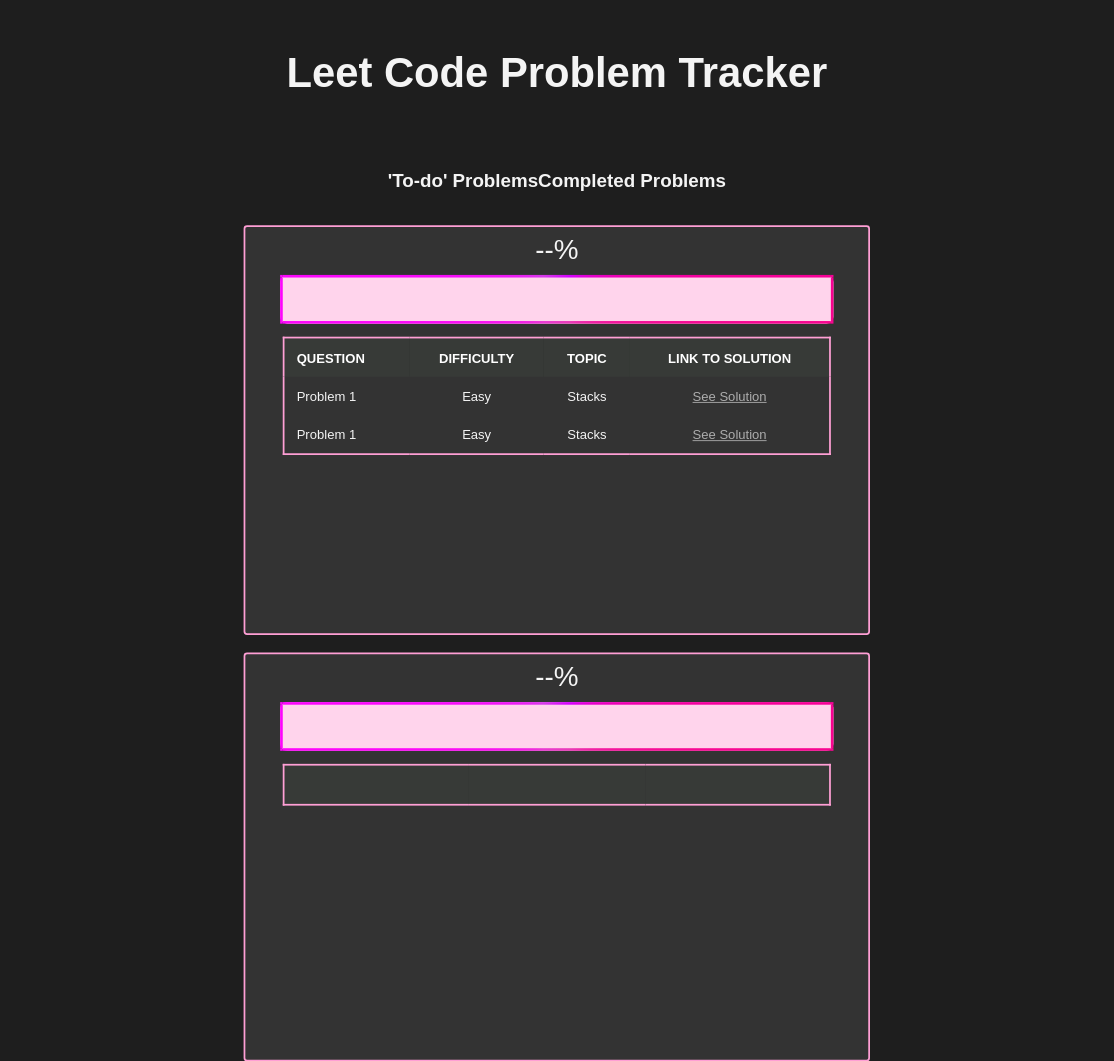
Repository: bbrockbrown/leet-code-tracker
Page: index.html
The author's editor kept a copy of each file at every save. The page is drawn from the files as they stood at one save, then again after the next save.
The browser window is 1280 px wide. The pictures show the whole page, at 87% of full size.

Above is the page before, as saved 2024-07-28 17:37:06.

After the next save:
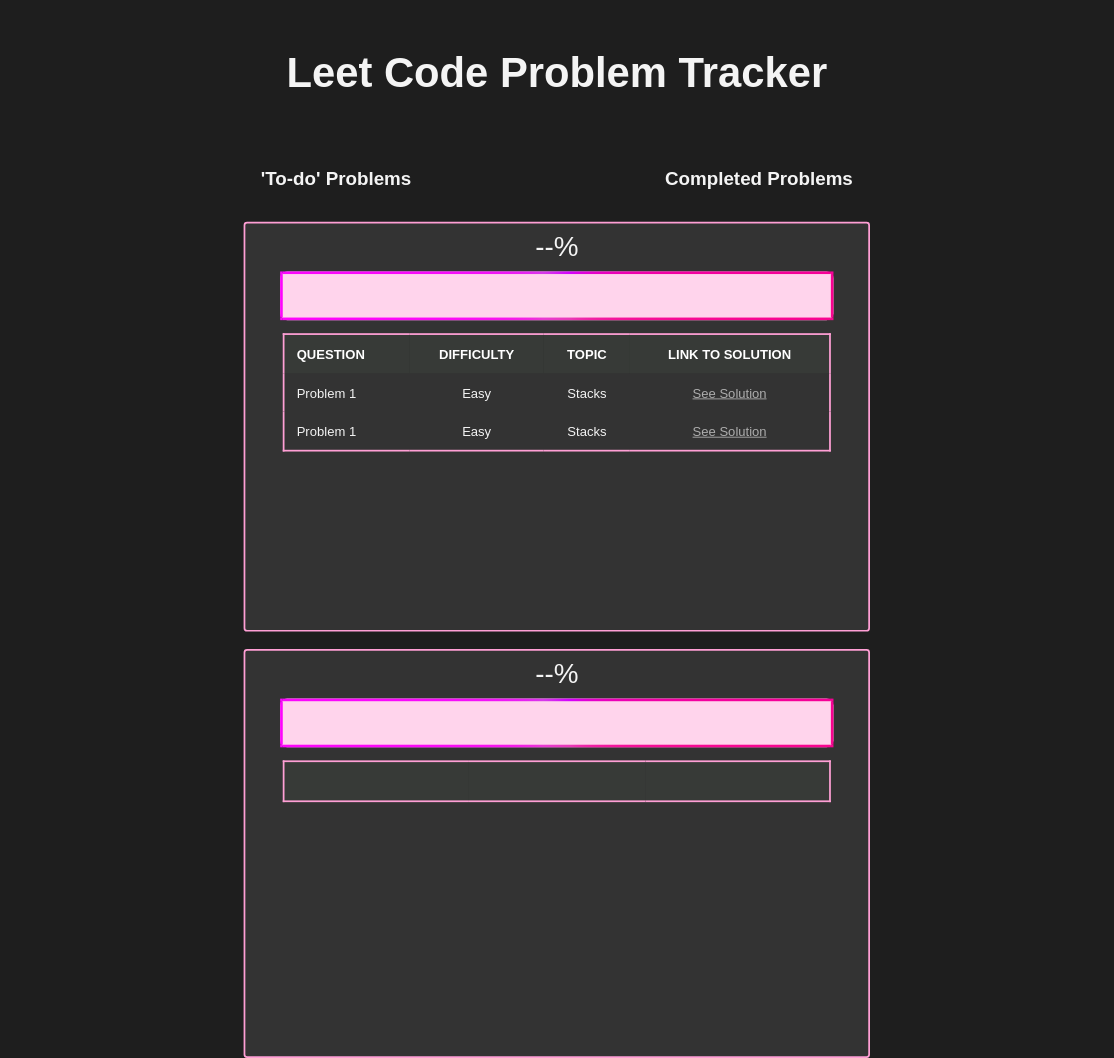
Saved 23 s later.
--- a/styles.css
+++ b/styles.css
@@ -48,8 +48,8 @@
 
 .tracking-titles {
     display: flex;
+    padding: 8px;
     justify-content: space-evenly;
-    margin: 10px auto;
 }
 
 .tracking-container {
